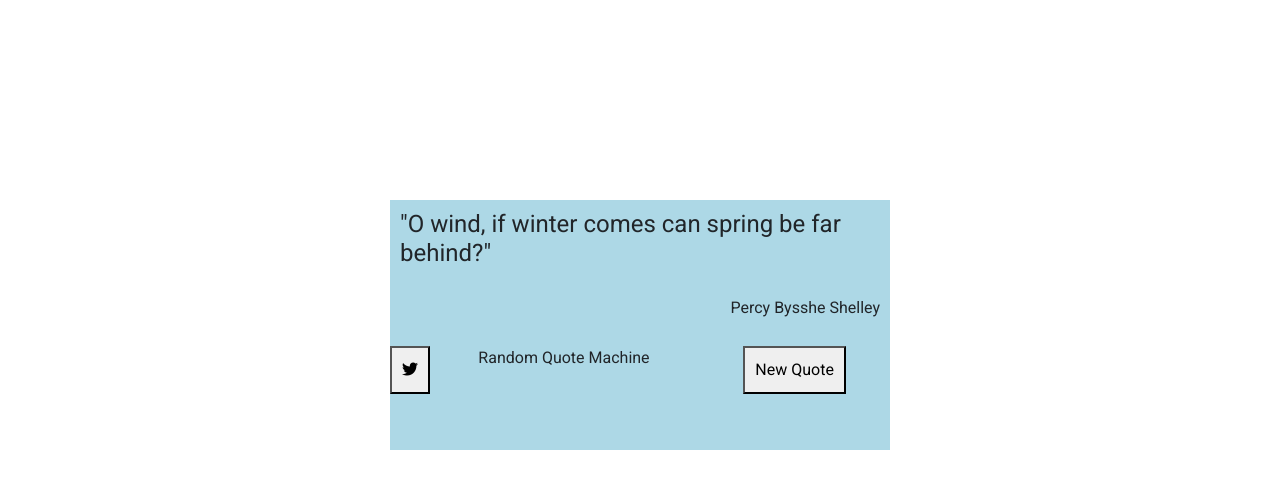
Repository: derektypist/random-quote-machine
Page: index.html
The author's editor kept a record of every edit. The page is drawn from the files as they stood at one moment, then again after the next edit.
The browser window is 1280 px wide. The pictures show the whole page.
Some web libraries are served in a nearby version.

Above is the page before.

After the next edit:
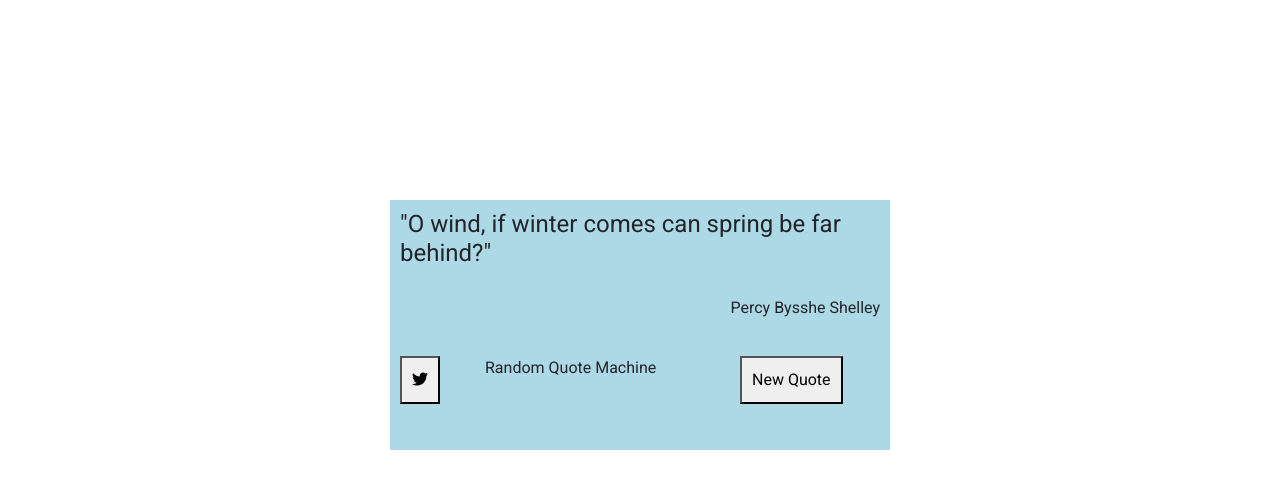
The edit:
--- a/index.html
+++ b/index.html
@@ -128,7 +128,7 @@
         <article id="author">
         </article>
         <!-- Set Up Row -->
-        <article class="row">
+        <article class="row" id="my-buttons">
             <article class="col-sm-2" id="tweet-quote">
             </article>
 
